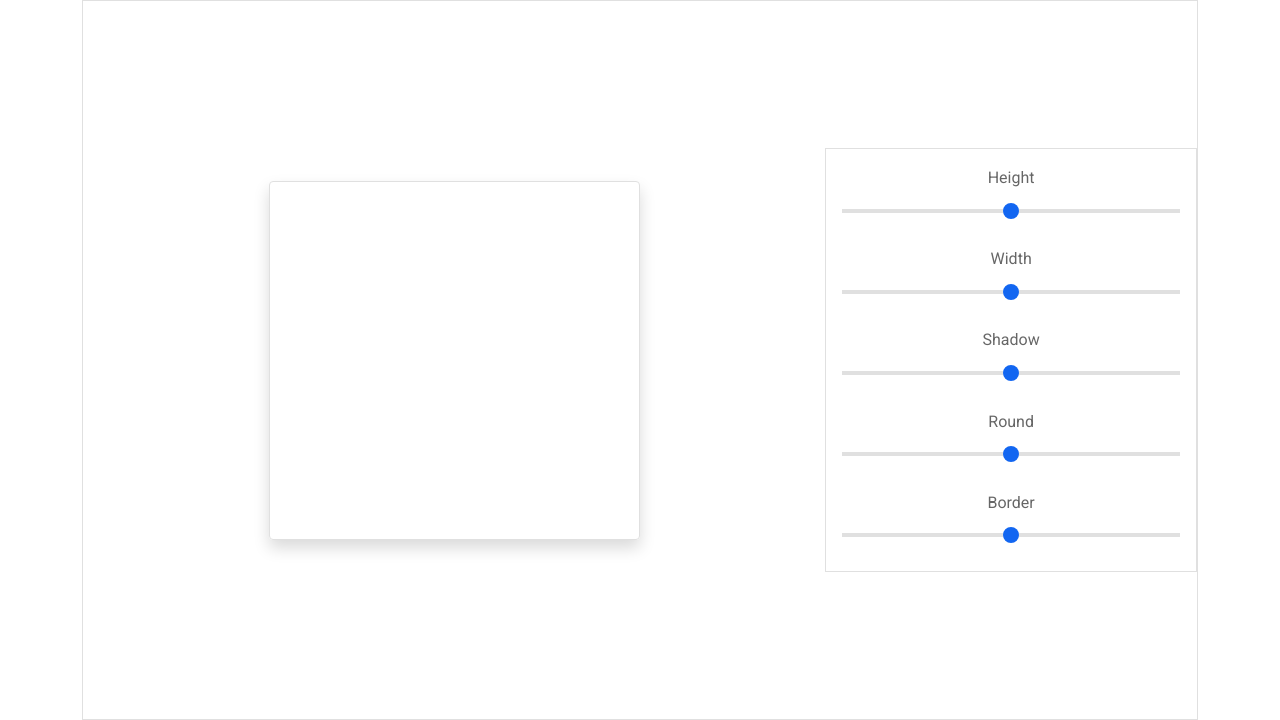
Repository: USaditya98/card-generator
Page: index.html
An editor plug-in stored every save of this project. The page is shown before and after the next save, followed by the edit.
The browser window is 1280 px wide. The pictures show the whole page.

Above is the page before, as saved 2021-10-20 11:31:49.

### index.html
<!DOCTYPE html>
<html lang="en">
  <head>
    <meta charset="UTF-8" />
    <meta name="viewport" content="width=device-width, initial-scale=1, shrink-to-fit=no" />
    <meta http-equiv="x-ua-compatible" content="ie=edge" />
    <title>Material Design for Bootstrap</title>
    <!-- MDB icon -->
    <link rel="icon" href="img/mdb-favicon.ico" type="image/x-icon" />
    <!-- Font Awesome -->
    <link rel="stylesheet" href="https://use.fontawesome.com/releases/v5.15.2/css/all.css" />
    <!-- Google Fonts Roboto -->
    <link
      rel="stylesheet"
      href="https://fonts.googleapis.com/css2?family=Roboto:wght@300;400;500;700;900&display=swap"
    />
    <!-- MDB -->
    <link rel="stylesheet" href="css/mdb.min.css" />
  </head>
  <body>
    <!-- Start your project here-->
    <div class="container">
      <div class="d-flex justify-content-between align-items-center text-center border" style="height: 100vh;">
            <div class="d-flex justify-content-center w-100 h-50" >
                <div class="text-center w-50   border rounded shadow" id="create">
                </div>
            </div>
            <div class="border w-50 ">
            <div class="m-3">
                <label class="form-label" for="height">Height</label>
                <div class="range">
                <input type="range" class="form-range" id="height" min="0" max="500" step="10" onchange="changeHeight(this.value)"/>
                </div>
            </div>
            <div class="m-3">
                <label class="form-label" for="width">Width</label>
                <div class="range">
                <input type="range" class="form-range" id="width" min="0" max="500" step="10" onchange="changeWidth(this.value)" />
                </div>
            </div>
            <div class="m-3">
                <label class="form-label" for="shadow">Shadow</label>
                <div class="range">
                <input type="range" class="form-range" id="shadow" min="0" max="50" step="1" onchange="myFunction(this.value)"/>
                </div>
            </div>
            <div class="m-3">
                <label class="form-label" for="customRange1">Round</label>
                <div class="range">
                <input type="range" class="form-range" id="customRange1" onchange="myFunction(this.value)"/>
                </div>
            </div>
            <div class="m-3">
                <label class="form-label" for="customRange1">Border</label>
                <div class="range">
                <input type="range" class="form-range" id="customRange1" onchange="myFunction(this.value)" />
                </div>
            </div>
            </div>
      </div>
    </div>
    <!-- End your project here-->

    <!-- MDB -->
    <script type="text/javascript" src="js/mdb.min.js"></script>
    <!-- Custom scripts -->
    <script type="text/javascript">
        function changeHeight(val) {
            document.getElementById('create').style.height = val + 'px';
        }
        function changeWidth(val) {
            document.getElementById('create').style.width = val + 'px';
        }
    </script>
  </body>
</html>

Loaded but not shown: css/mdb.min.css (library); js/mdb.min.js (library)

After the next save:
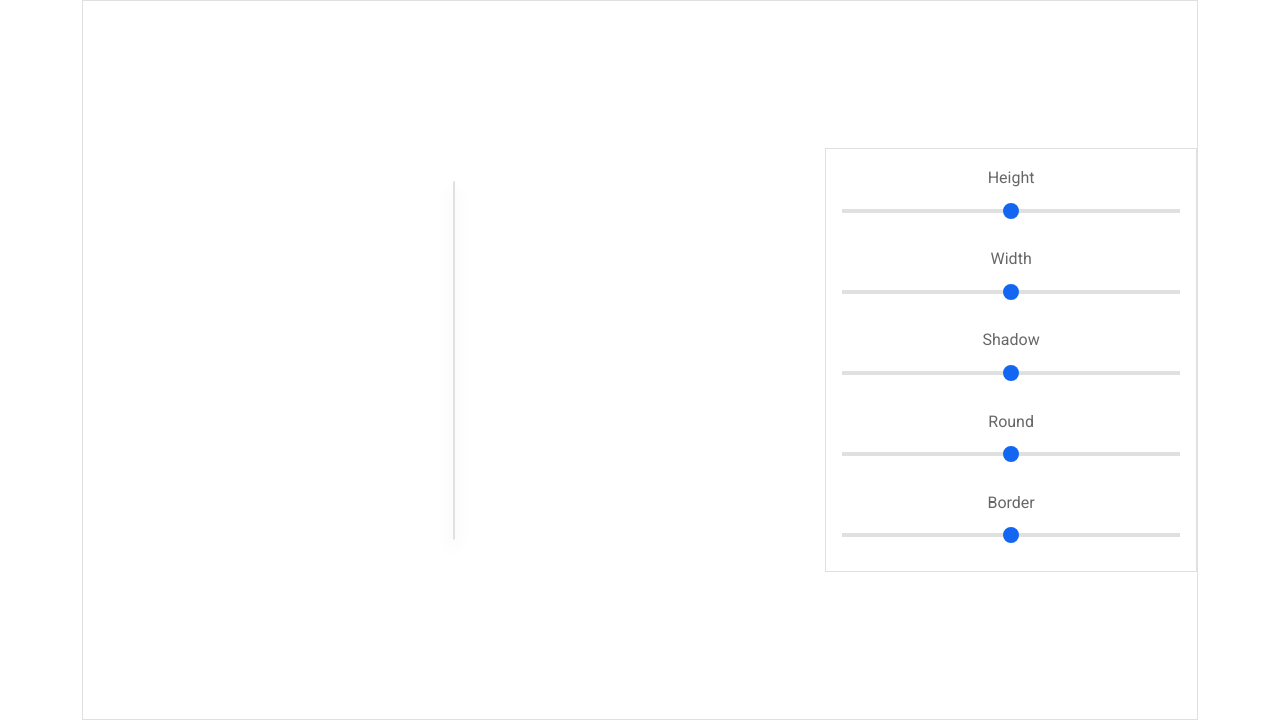
Saved 14 s later.
--- a/index.html
+++ b/index.html
@@ -22,7 +22,7 @@
     <div class="container">
       <div class="d-flex justify-content-between align-items-center text-center border" style="height: 100vh;">
             <div class="d-flex justify-content-center w-100 h-50" >
-                <div class="text-center w-50   border rounded shadow" id="create">
+                <div class="text-center    border rounded shadow" id="create">
                 </div>
             </div>
             <div class="border w-50 ">
